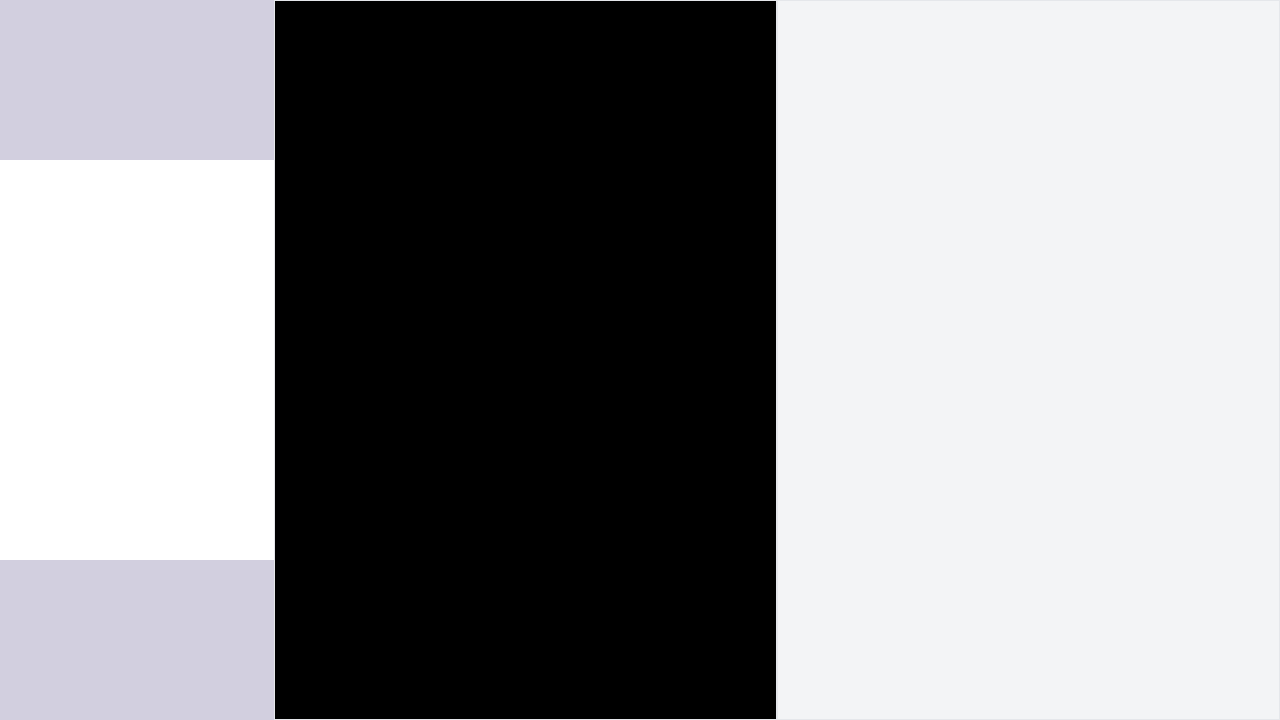
Repository: cosmicswati/upgrad-captions-project
Page: /
These files come from the project's save history. The page is drawn as it stood at one moment and after the next save; the edit follows.
The browser window is 1280 px wide. The pictures show the whole page.
The project was rebuilt for these pictures with package versions that can differ from the ones it lists, and the page was loaded fresh each time.

Above is the page before, as saved 2024-04-08 17:42:06.

After the next save:
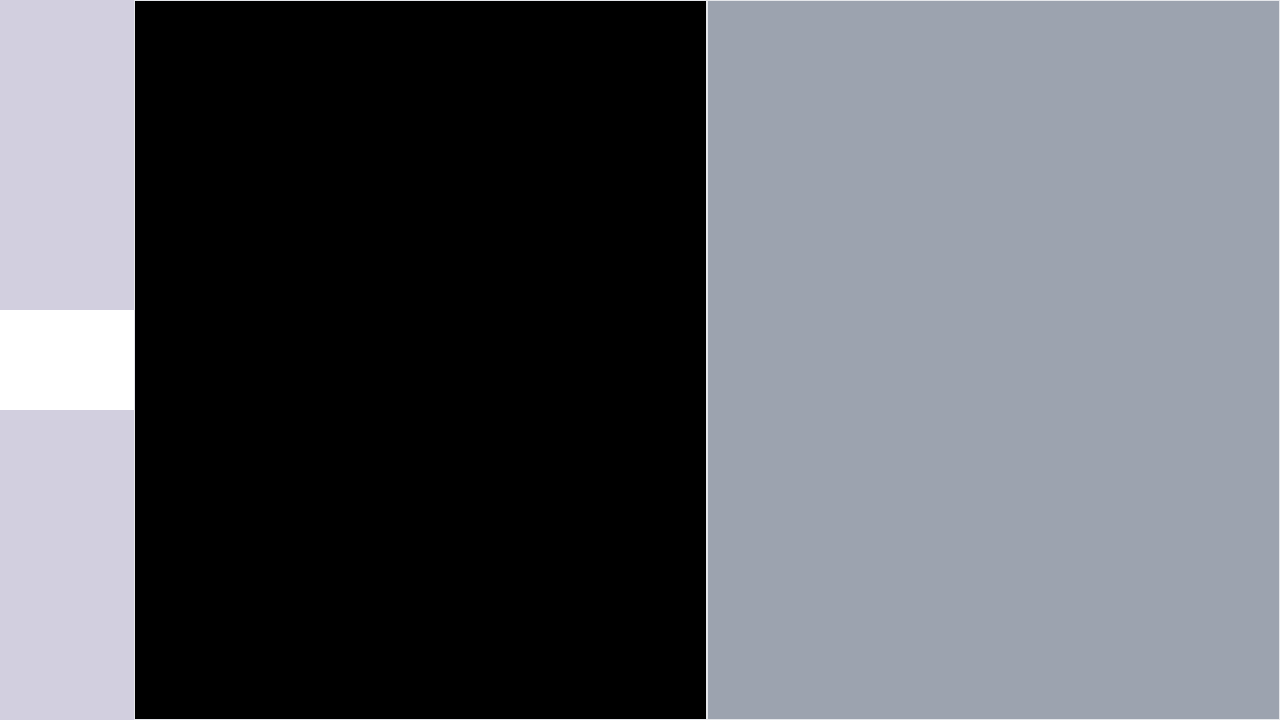
Saved 30 s later.
--- a/src/modules/Authorization/Form.jsx
+++ b/src/modules/Authorization/Form.jsx
@@ -3,9 +3,9 @@ import React from 'react';
 const Form = () => {
   return (
     <div className='bg-[#d2cfdf] h-screen w-full flex justify-center items-center'>
-      <div className='h-[400px] w-[700px] bg-white flex justify-center items-center'></div>
+      <div className='h-[100px] w-[300px] bg-white flex justify-center items-center'></div>
       <div className='border h-full w-full bg-black'></div>
-      <div className='border h-full w-full bg-gray-100'></div>
+      <div className='border h-full w-full bg-gray-400'></div>
 
     </div>
   );
